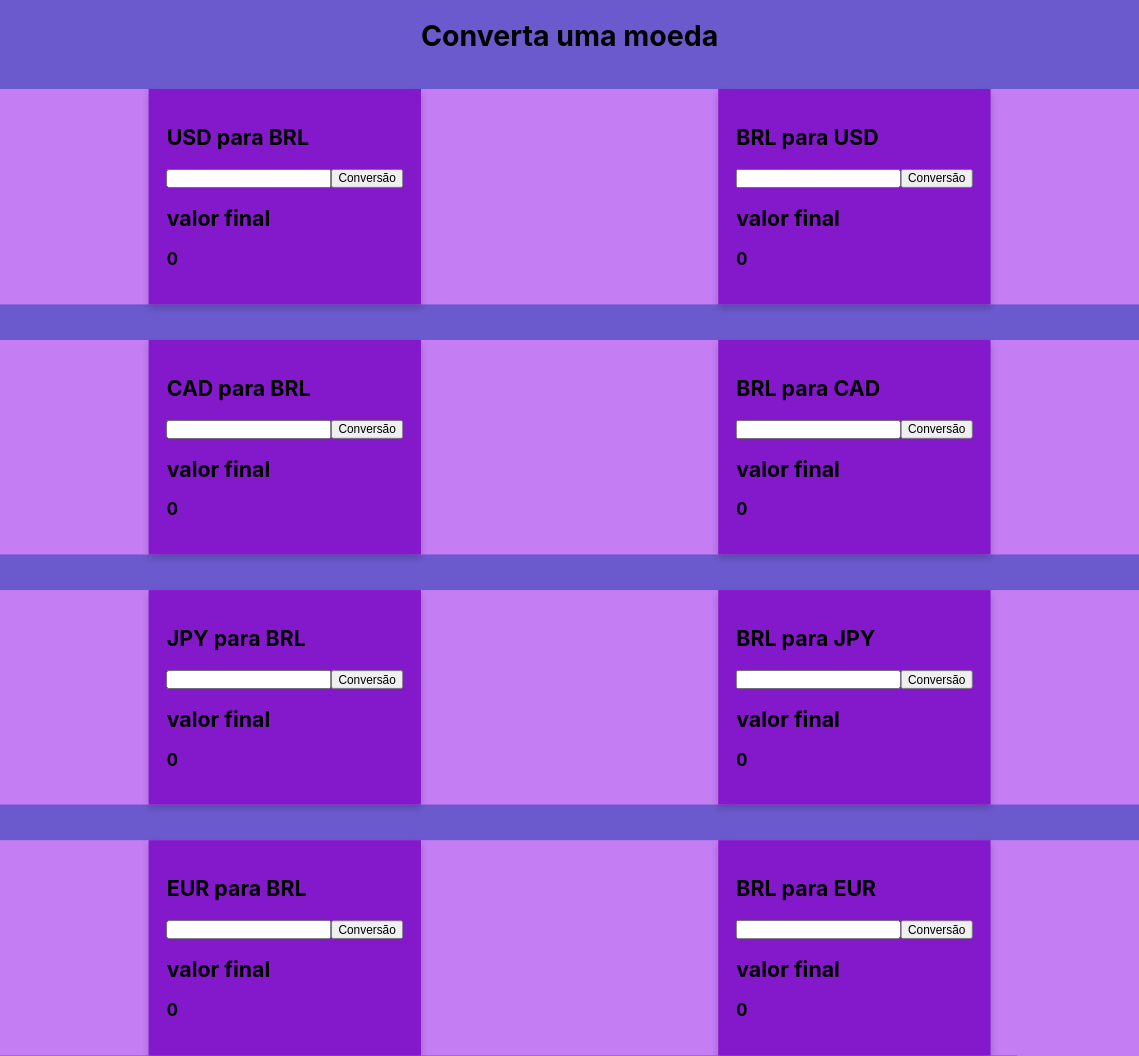
Repository: DeanLemosXD/Currency-converter
Page: /
These files come from the project's save history. The page is drawn as it stood at one moment and after the next save; the edit follows.
The browser window is 1280 px wide. The pictures show the whole page, at 89% of full size.
The project was rebuilt for these pictures with package versions that can differ from the ones it lists, and the page was loaded fresh each time.

Above is the page before, as saved 2021-10-19 18:26:04.

After the next save:
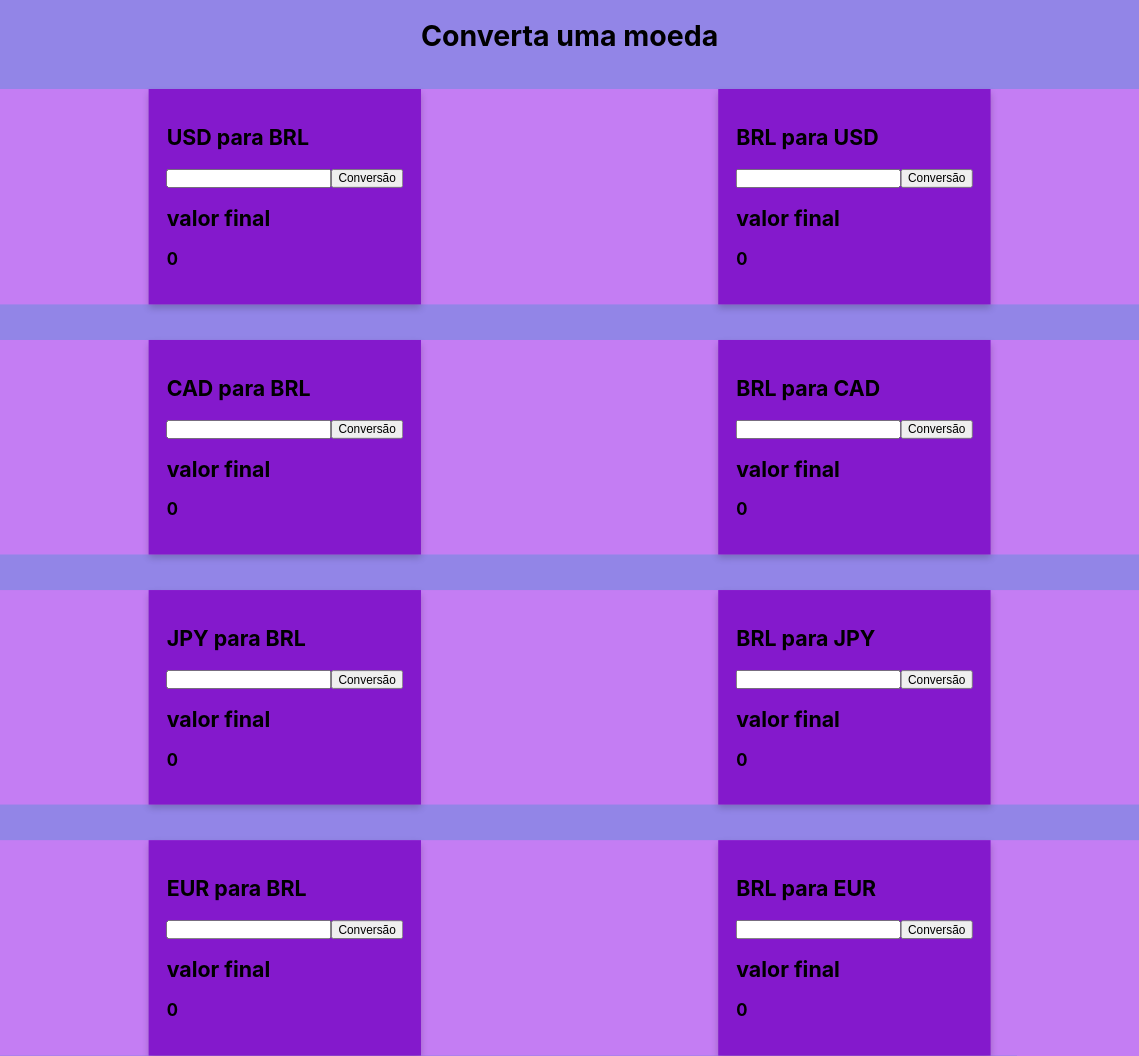
Saved 5 s later.
--- a/src/index.css
+++ b/src/index.css
@@ -5,7 +5,7 @@ body {
     sans-serif;
   -webkit-font-smoothing: antialiased;
   -moz-osx-font-smoothing: grayscale;
-  background-color:slateblue
+  background-color:rgb(146, 133, 231)
 }
 
 code {
